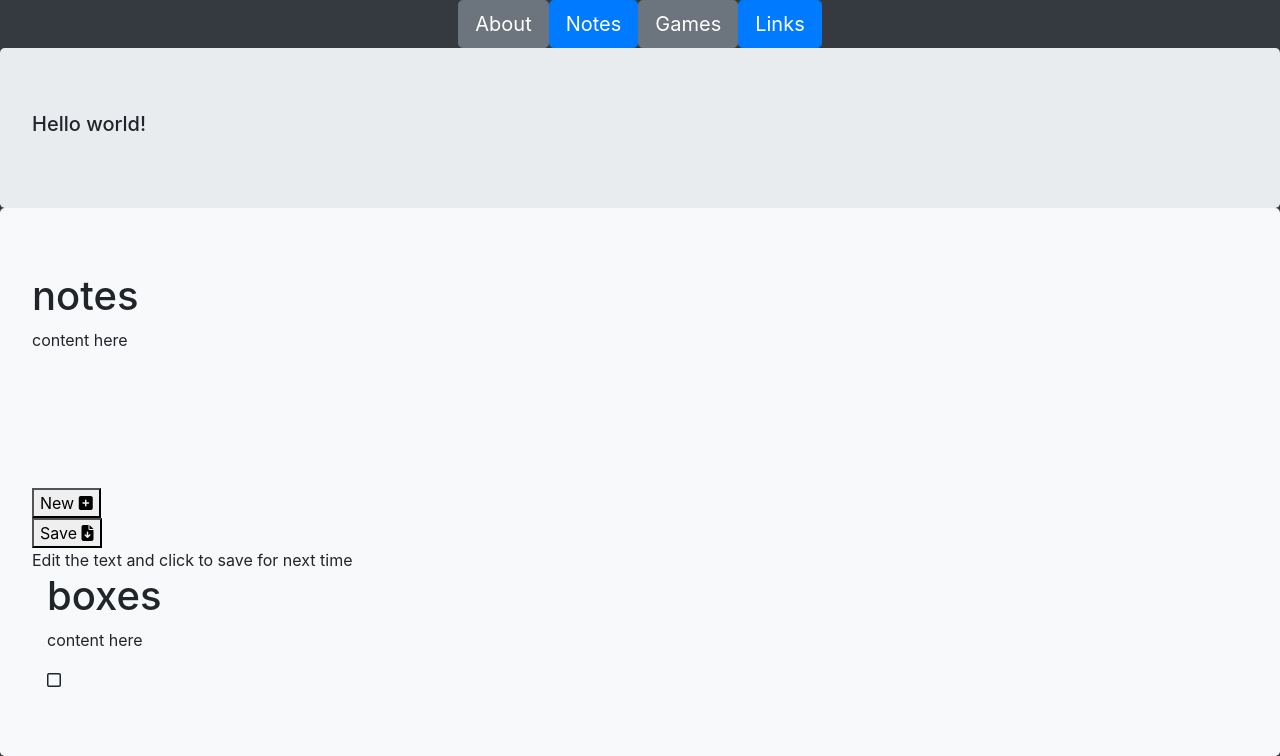
Repository: Kamicoda/Noteblock
Page: index.html
The author's editor kept a record of every edit. The page is drawn from the files as they stood at one moment, then again after the next edit.
The browser window is 1280 px wide. The pictures show the whole page.
Some web libraries are served in a nearby version.

Above is the page before.
Console error: ReferenceError: checkEdits is not defined

After the next edit:
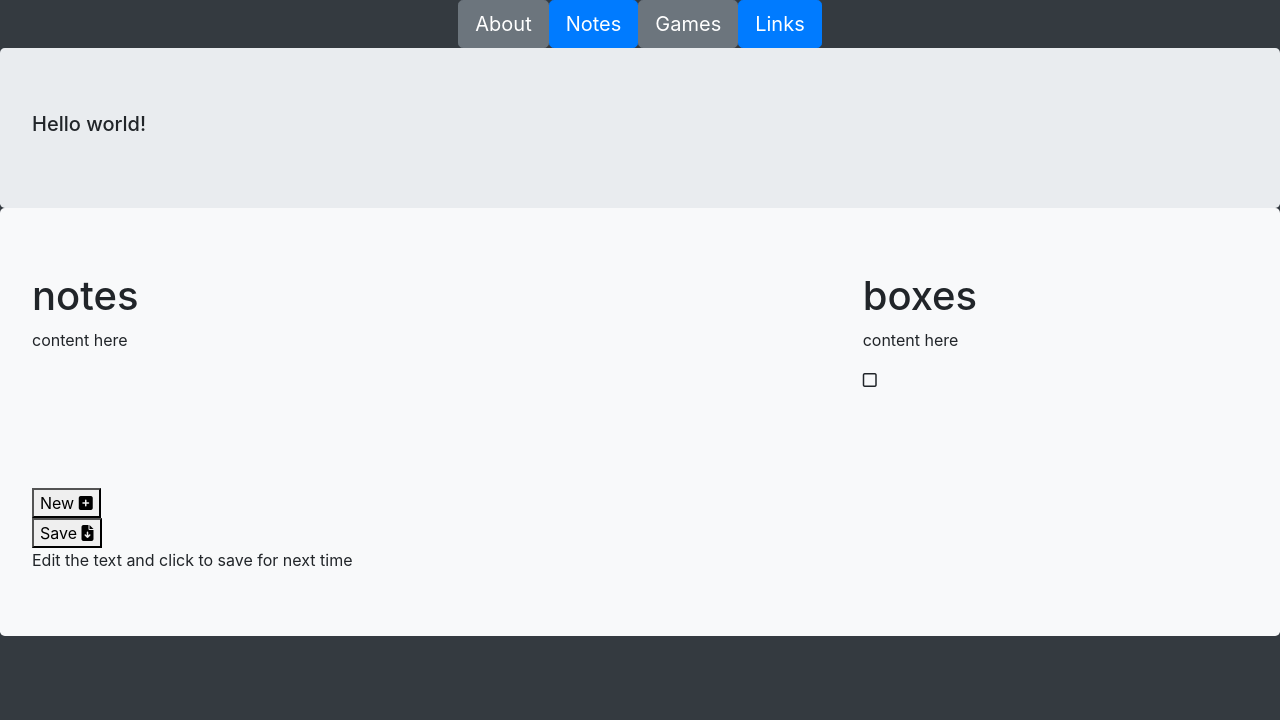
The edit:
--- a/index.html
+++ b/index.html
@@ -71,7 +71,7 @@
                         <h1>notes</h1>
                         <p>content here</p>
                         <div id="editList" class="#">
-                            <div id="item" class="#">
+
                                 <p id="edit" contenteditable="true" class="editableP"></p>
 
                                 <p id="edit1" contenteditable="true" class="editableP"></p>
